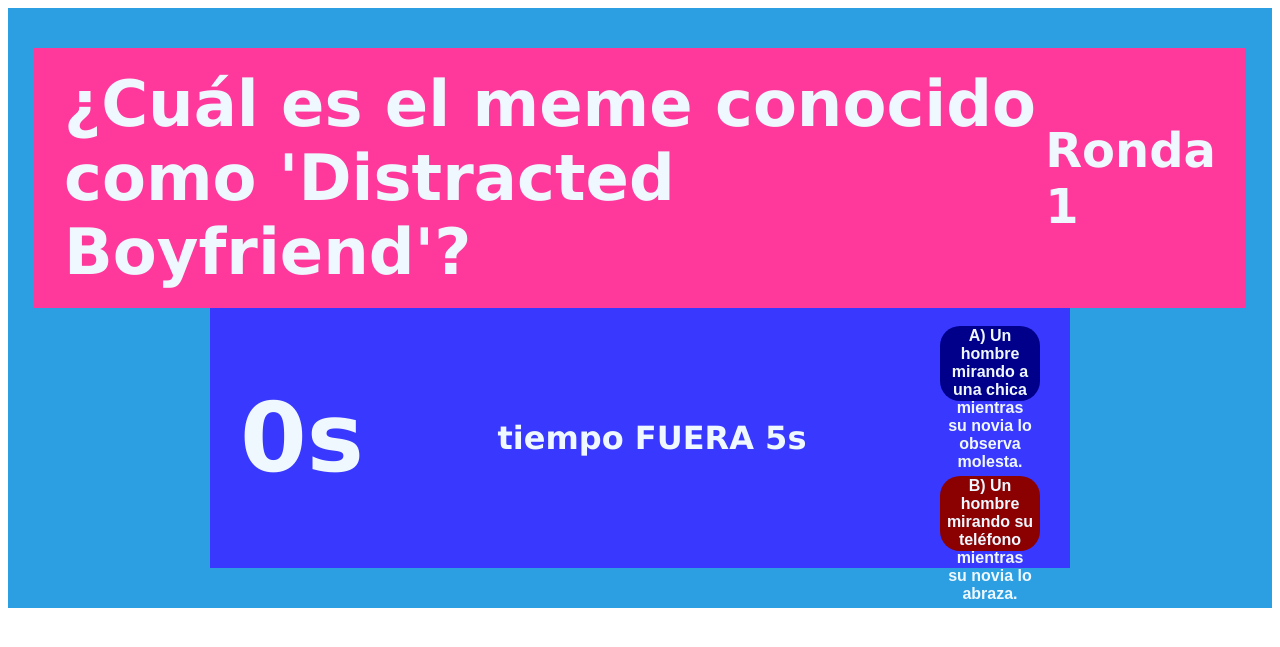
Repository: eschala/Proyecto_Clonaci-n_Kahoot_2023-2
Page: Borrador_Samir_Kahoot_NEW/Prueaba_Validar.html
An editor plug-in stored every save of this project. The page is shown before and after a run of saves, followed by the edit.
The browser window is 1280 px wide. The pictures show the whole page.

Above is the page before, as saved 2023-11-29 15:17:20.

After the next 2 saves:
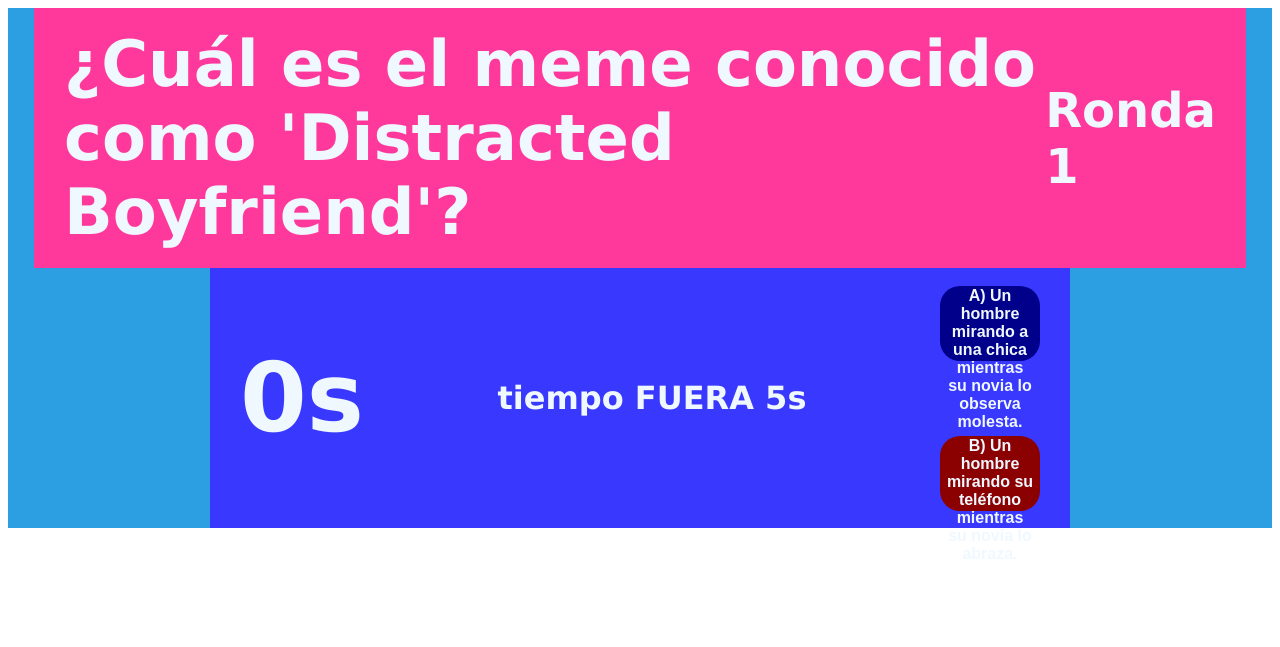
The 2 saves are shown as one change because they came seconds apart.
The last was saved 11 s later.
--- a/Borrador_Samir_Kahoot_NEW/stylePrueba.css
+++ b/Borrador_Samir_Kahoot_NEW/stylePrueba.css
@@ -2,7 +2,7 @@
     font-family: Verdana, Geneva, Tahoma, sans-serif;
 
     width: 100%;
-    height: 600px;
+    height: 100%;
     background-color: rgb(43, 159, 226);
 
     display: flex;
